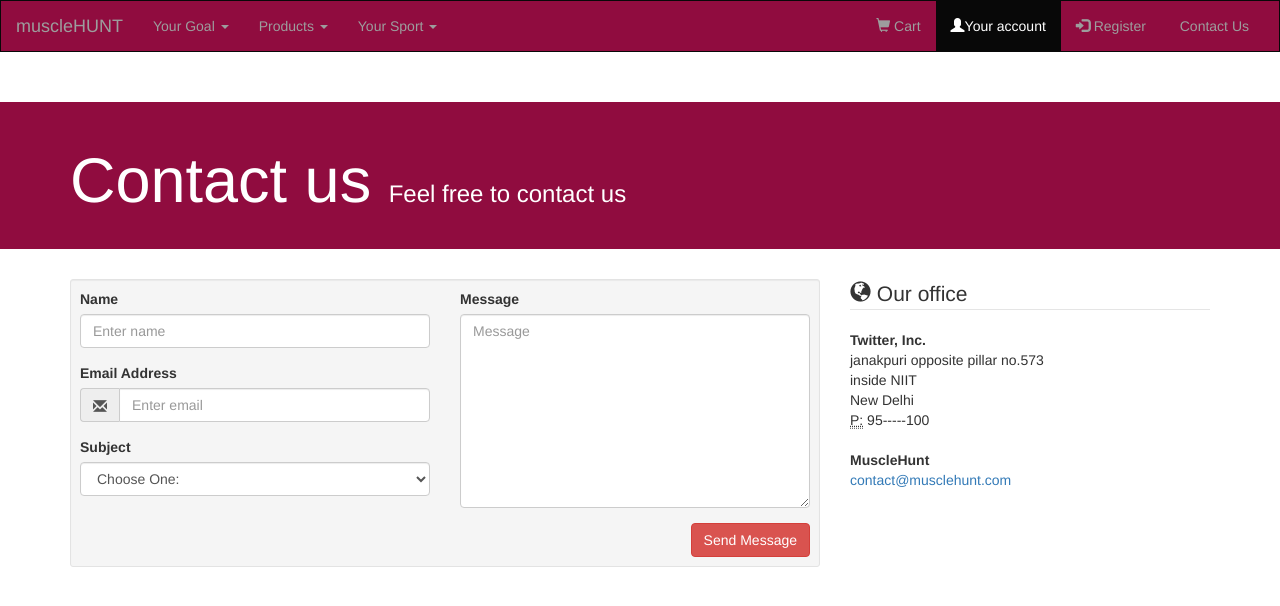
Repository: sunnypunia/SUNNY1
Page: http://localhost/MuscleHunt/WEB-INF/jsp/contactus.jsp
These files come from the project's save history. The page is drawn as it stood at one moment and after the next save; the edit follows.
The browser window is 1280 px wide. The pictures show the whole page.
Some web libraries are served in a nearby version. The page is served by Tomcat 9. Nobody is signed in. The template is opened directly, without the code that normally fills it, so the values that code supplies are empty.

Above is the page before, as saved 2017-01-09 11:48:41.

After the next save:
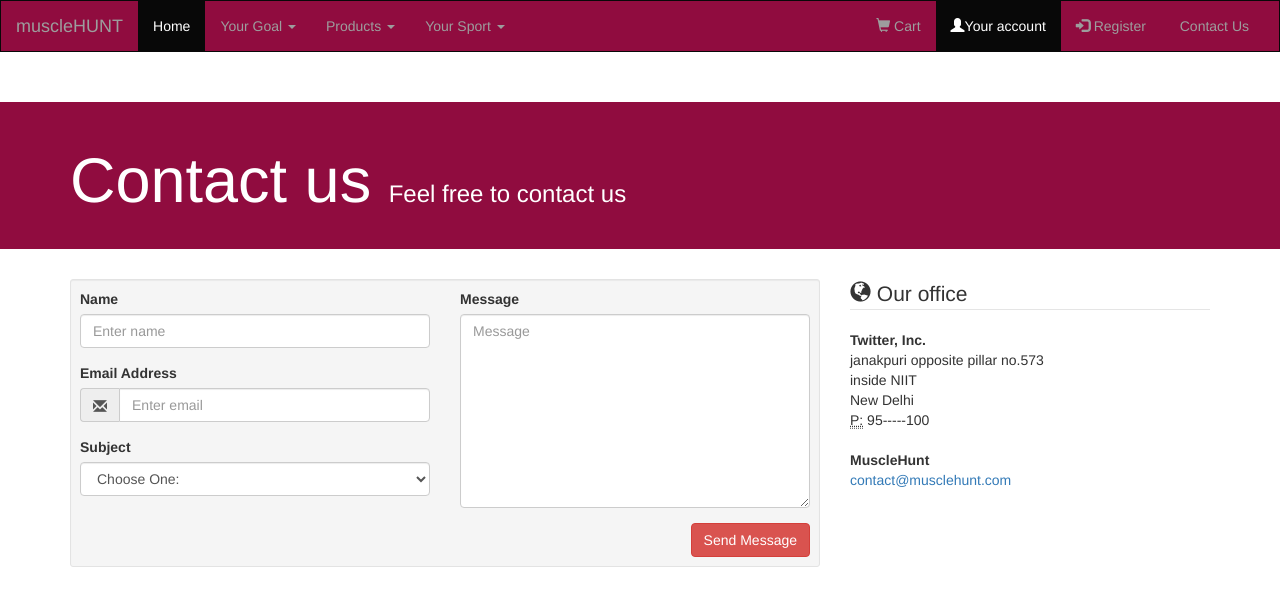
Saved 11 s later.
--- a/MuscleHunt/src/main/webapp/WEB-INF/jsp/contactus.jsp
+++ b/MuscleHunt/src/main/webapp/WEB-INF/jsp/contactus.jsp
@@ -51,7 +51,7 @@ font-size: 24px;
       <ul class="nav navbar-nav">
 
          <ul class="nav navbar-nav">
-
+   <li class="active"><a href ="#">Home</a>
    <li class="dropdown">
         <a class="dropdown-toggle" data-toggle="dropdown" href="#">Your Goal
         <span class="caret"></span></a>
